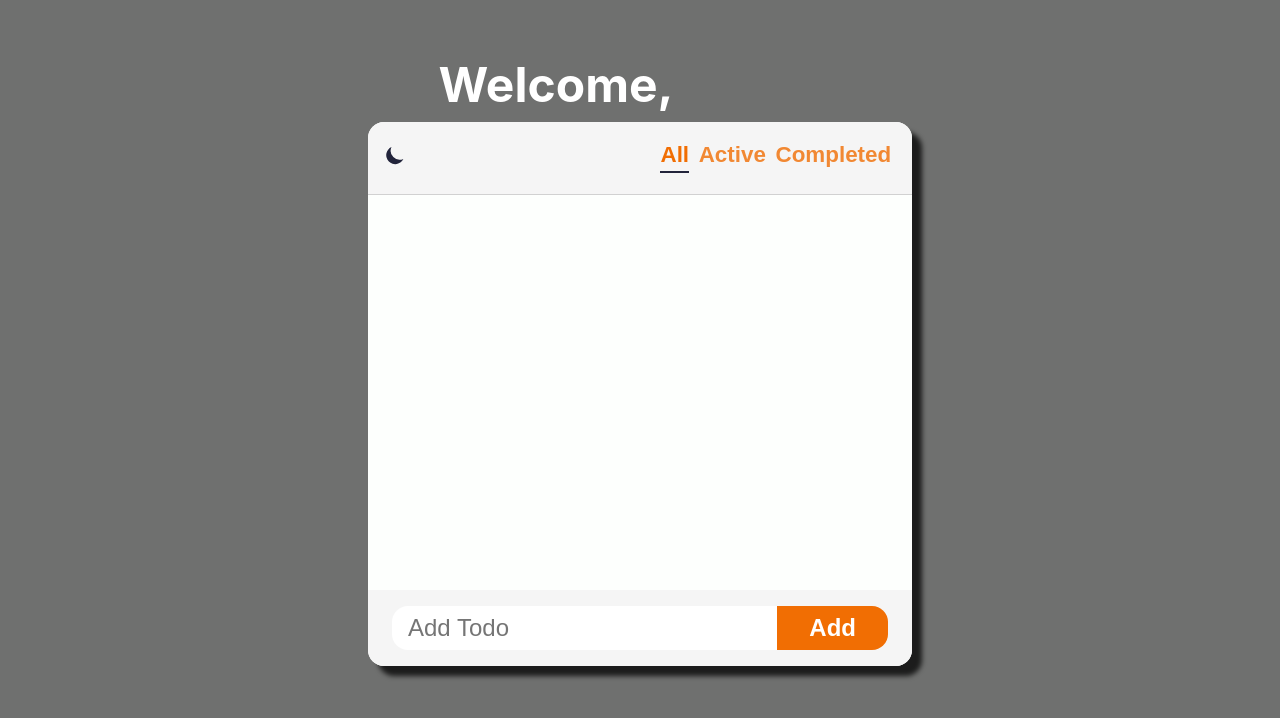
Repository: MrJinkyu/TodoList
Page: /
The author's editor kept a copy of each file at every save. The page is drawn from the files as they stood at one save, then again after the next save.
The browser window is 1280 px wide. The pictures show the whole page.
The project was rebuilt for these pictures with package versions that can differ from the ones it lists, and the page was loaded fresh each time. Also part of the build but not shown: src/components/Todo.module.css, src/components/Todo.jsx.

Above is the page before, as saved 2023-05-01 16:18:31.

### src/index.js
import React from 'react';
import ReactDOM from 'react-dom/client';
import './index.css';
import App from './App';
import reportWebVitals from './reportWebVitals';
import Greeting from './components/Greeting';

const root = ReactDOM.createRoot(document.getElementById('root'));
root.render(
  <React.StrictMode>
    <Greeting/>
    <App />
  </React.StrictMode>
);

// If you want to start measuring performance in your app, pass a function
// to log results (for example: reportWebVitals(console.log))
// or send to an analytics endpoint. Learn more: https://bit.ly/CRA-vitals
reportWebVitals();

### src/index.css
:root{
  --color-body: #6f706f;
  --color-bg-dark:#f5f5f5;
  --color-bg: #fdfffd;
  --color-grey: #d1d1d1;
  --color-text: #22243b;
  --color-accent: #f16e03;
  --color-white: white;
  --color-scrollbar: #aaa7a7;
}

html.dark{
  --color-bg-dark: #1a1c35;
  --color-bg: #22243b;
  --color-grey: #4e4e4e;
  --color-text: #fdfffd;
}

*{
  box-sizing: border-box;
  padding: 0;
  margin: 0;
}

button{
  border: none;
  outline: none;
  cursor: pointer;
  background-color: transparent;
}

ul,li{
  list-style: none;
}

body {
  margin: 0;
  font-family: -apple-system, BlinkMacSystemFont, 'Segoe UI', 'Roboto', 'Oxygen',
    'Ubuntu', 'Cantarell', 'Fira Sans', 'Droid Sans', 'Helvetica Neue',
    sans-serif;
  -webkit-font-smoothing: antialiased;
  -moz-osx-font-smoothing: grayscale;
  width: 100vw;
  height: 100vh;
  display: flex;
  justify-content: center;
  align-items: center;
  background-color: var(--color-body);
  font-size: 1.2rem;
  accent-color: var(--color-accent);
}

code {
  font-family: source-code-pro, Menlo, Monaco, Consolas, 'Courier New',
    monospace;
}

::-webkit-scrollbar {
  width: 0.5rem
}

::-webkit-scrollbar-track {
  background-color: var(--color-bg-dark);
}

::-webkit-scrollbar-thumb {
  background-color: var(--color-scrollbar);
}

::-webkit-scrollbar-thumb:hover {
  background-color: var(--color-accent);
}

### src/App.js
import { useState } from "react";
import TodoList from "./components/TodoList";
import Header from "./components/Header";
import { DarkModeProvider } from "./context/DarkModeContext";
import './App.css';

const filters = ['all', 'active', 'completed'];
function App() {
  const [filter, setFilter] = useState(filters[0]);
  return (
    <div className="app">
    <DarkModeProvider>
      <Header filters={filters} filter={filter} onFilterChange={setFilter}/>
      <TodoList filter={filter}/>
    </DarkModeProvider>
    </div>
  );
}

export default App;

### src/components/Greeting.jsx
import React, { useEffect, useState } from 'react';
import styles from './Greeting.module.css';

export default function Greeting() {
    const [name, setName] = useState('');
    const handleChange = (e) => {
        setName(e.target.value);
    }
    // useEffect(()=>{

    // },[]);
    return (
        <div className={styles.greeting}>
            <h2>Welcome,</h2>
            <input
                type='text'
                className={styles.text}
                value={name}
                onChange={handleChange}
            />
        </div>
    );
}

### src/components/TodoList.jsx
import React, { useEffect, useState } from 'react';
import AddTodo from './AddTodo';
import Todo from './Todo';
import styles from './TodoList.module.css';

export default function TodoList({filter}) {
    const [todos, setTodos] = useState(readTodo);
    const handleAdd = (todo) => {
        setTodos([...todos, todo]);
    }
    const handleUpdate = (updated) => {
        setTodos(todos.map((todo) => todo.id === updated.id ? updated : todo));
    }
    const handleDelete = (deleted) => {
        setTodos(todos.filter((todo) => todo.id !== deleted.id));
    }
    const filtered = getFilteredItems(todos, filter);

    useEffect(()=>{
        localStorage.setItem('todos',JSON.stringify(todos));
    },[todos]);
    return (
        <section className={styles.container}>
            <ul className={styles.list}>
                {filtered.map((item) => (
                    <Todo
                        key={item.id}
                        todo={item}
                        onUpdate={handleUpdate}
                        onDelete={handleDelete}
                    />
                ))}
            </ul>
            <AddTodo onAdd={handleAdd}/>
        </section>
    );
}

function getFilteredItems(todos, filter){
    if(filter === 'all'){
        return todos;
    }
    return todos.filter((todo) => todo.status === filter);
}

function readTodo(){
    const todos = localStorage.getItem('todos');
    return todos ? JSON.parse(todos) : [];
}

### src/components/Header.jsx
import React from 'react';
import styles from './Header.module.css';
import { useDarkMode } from '../context/DarkModeContext';
import { HiMoon, HiSun } from 'react-icons/hi';

export default function Header({filters, filter, onFilterChange}) {
    const {darkMode, toggleDarkMode} = useDarkMode();

    return (
        <header className={styles.header}>
            <button className={styles.toggle} onClick={toggleDarkMode}>
                {!darkMode && <HiMoon></HiMoon>}
                {darkMode && <HiSun></HiSun>}
            </button>
            <ul className={styles.filters}>
                {filters.map((value,index) => (
                    <li key={index}>
                        <button
                            onClick={() => onFilterChange(value)}
                            className={`${styles.filter} ${filter === value && styles.selected}`}
                        >
                            {value}
                        </button>
                    </li>
                ))}
            </ul>
        </header>
    );
}

### src/context/DarkModeContext.jsx
const { createContext, useState, useContext } = require("react");

const DarkModeContext = createContext();

export function DarkModeProvider({children}){
    const [darkMode, setDarkMode] = useState(false);
    const toggleDarkMode = () => {
        setDarkMode(!darkMode);
        updateDarkMode(!darkMode);
    }

    return (
        <DarkModeContext.Provider value={{darkMode, toggleDarkMode}}>
            {children}
        </DarkModeContext.Provider>
    )
}

export const useDarkMode = () => useContext(DarkModeContext);

function updateDarkMode(darkMode){
    if(darkMode){
        document.documentElement.classList.add('dark');
    }else{
        document.documentElement.classList.remove('dark');
    }
}

### src/App.css
.app{
    overflow: hidden;
    display: flex;
    flex-direction: column;
    width: 34rem;
    height: 34rem;
    background-color: var(--color-bg);
    border-radius: 1rem;
    box-shadow: 10px 10px 5px 0px rgba(0,0,0,0.75);
  -webkit-box-shadow: 10px 10px 5px 0px rgba(0,0,0,0.75);
  -moz-box-shadow: 10px 10px 5px 0px rgba(0,0,0,0.75);
  }

### src/components/Greeting.module.css
.greeting{
    width: 34rem;
    display: flex;
    justify-content: center;
    align-items: center;
    color: var(--color-white);
    font-size: 2rem;
    margin-bottom: 0.5rem;
}

.text{
    margin-left: 0.5rem;
    border: none;
    outline: none;
    cursor: pointer;
    width: 100%;
    background-color: transparent;
    color: var(--color-white);
    font-size: 3rem;
    font-weight: bold;
    text-transform: capitalize;
    width: 10rem;
}

### src/components/AddTodo.jsx
import React, { useState } from 'react';
import {v4 as uuidv4} from 'uuid';
import styles from './AddTodo.module.css';

export default function AddTodo({onAdd}) {
    const [text, setText] = useState('');
    const handleChange = (e) => {
        setText(e.target.value);
    }
    const handleSubmit = (e) => {
        e.preventDefault();
        if(text.trim().length === 0){
            return ;
        }
        onAdd({ id: uuidv4(), text, status: 'active' });
        setText('');
    }
    return (
        <form className={styles.form} onSubmit={handleSubmit}>
            <input
                className={styles.input}
                type="text"
                value={text}
                onChange={handleChange}
                placeholder='Add Todo'
            />
            <button className={styles.button}>Add</button>
        </form>
    );
}

### src/components/TodoList.module.css
.container{
    height: 100%;
    display: flex;
    flex-direction: column;
    min-height: 0;
}

.list{
    flex: 1 1 auto;
    padding: 0.7rem 1rem;
    overflow-y: auto;
}

### src/components/Header.module.css
.header{
    background-color: var(--color-bg-dark);
    display: flex;
    justify-content: space-between;
    align-items: center;
    padding: 1rem;
    border-bottom: 1px solid var(--color-grey);
}

.toggle{
    font-size: 1.4rem;
    color: var(--color-text);
    transition: all 150ms ease-out;
}

.toggle:hover{
    color: var(--color-accent);
    transform: scale(1.1);
}

.filters{
    display: flex;
}

.filter{
    margin: 0.3rem;
    font-size: 1.4rem;
    color: var(--color-accent);
    font-weight: bold;
    opacity: 0.8;
    text-transform: capitalize;
}

.filter:hover,
.filter.selected{
    opacity: 1;
}

.filter.selected::after{
    content: '';
    display: block;
    margin-top: 0.2rem;
    border: 1px solid var(--color-text);
}

### src/components/AddTodo.module.css
.form{
    width: 100%;
    display: flex;
    padding: 1rem 1.5rem;
    background-color: var(--color-bg-dark);
}

.input{
    font-size: 1.5rem;
    border: none;
    outline: none;
    padding: 0.5rem 1rem;
    flex: 1 0 auto;
    border-top-left-radius: 1rem;
    border-bottom-left-radius: 1rem;
}

.button{
    padding: 0 2rem;
    font-size: 1.5rem;
    font-weight: bold;
    background-color: var(--color-accent);
    color: var(--color-white);
    border-top-right-radius: 1rem;
    border-bottom-right-radius: 1rem;
}

.button:hover{
    filter: brightness(125%);
}

Loaded but not shown: public/index.html (common file); src/reportWebVitals.js (common file)

After the next save:
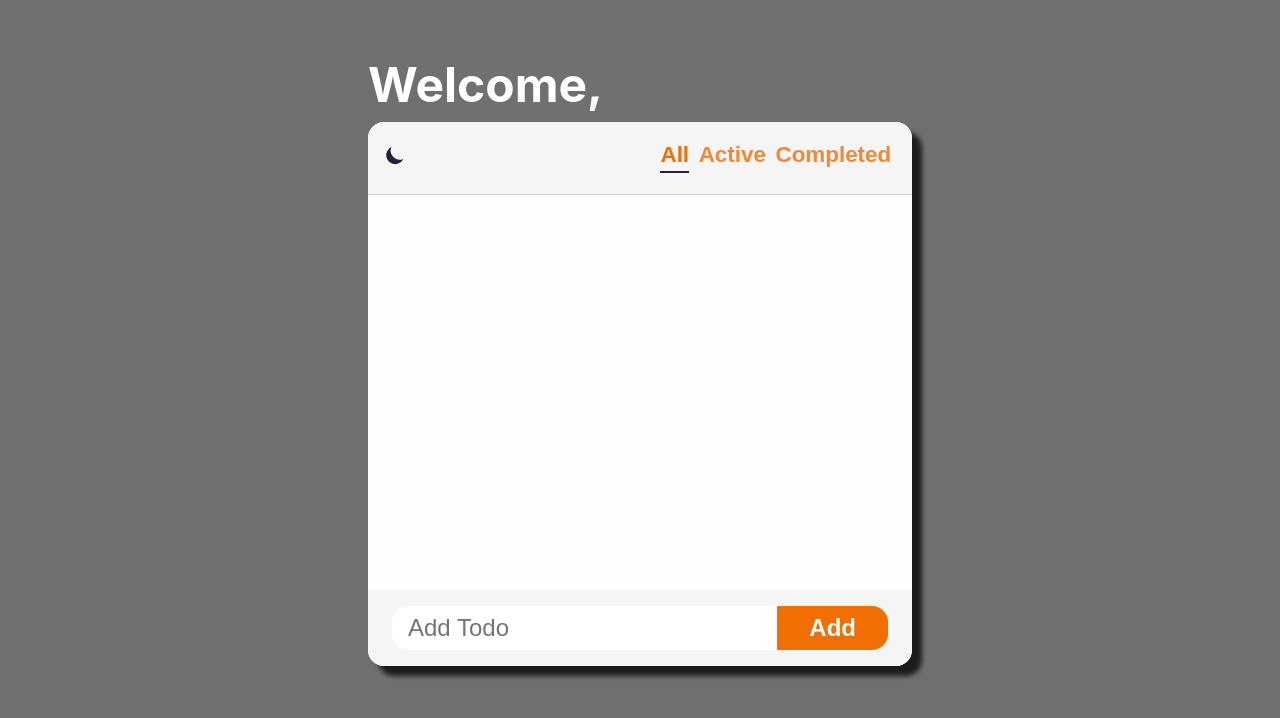
Saved 21 s later.
--- a/src/components/Greeting.module.css
+++ b/src/components/Greeting.module.css
@@ -1,7 +1,7 @@
 .greeting{
     width: 34rem;
     display: flex;
-    justify-content: center;
+    justify-content: start;
     align-items: center;
     color: var(--color-white);
     font-size: 2rem;
